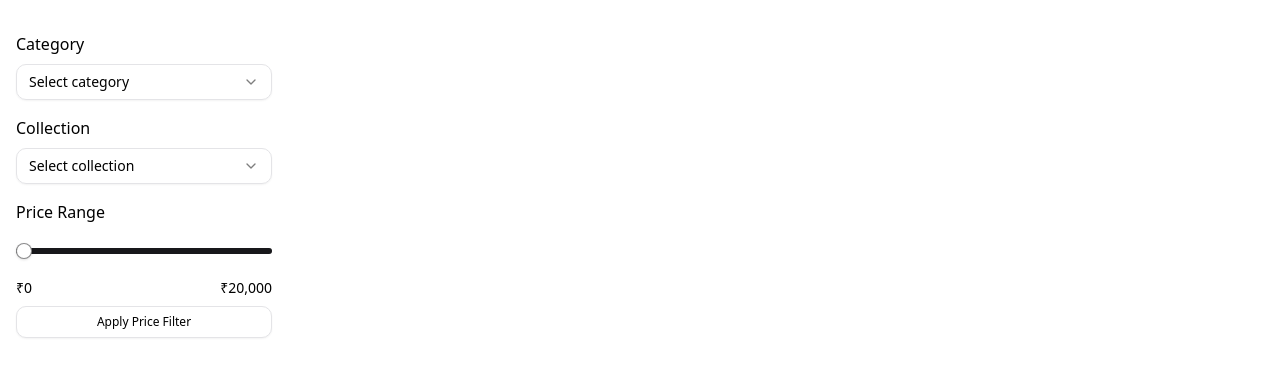
Repository: anasmubashar/Chic-Store
Page: /products (app in client/)
These files come from the project's save history. The page is drawn as it stood at one moment and after a run of saves; the edit follows.
The browser window is 1280 px wide. The pictures show the whole page.
The page's requests for data from a server got no answer. The project was rebuilt for these pictures with package versions that can differ from the ones it lists, and the page was loaded fresh each time. No one was signed in, and anything a server would have sent is missing. Also part of the build but not shown: client/vite.config.js, client/src/pages/Auth.jsx, client/src/layout/Footer.tsx, client/src/components/Customer/Home/Hero.tsx, client/src/components/ui/card.tsx, client/src/components/Customer/Home/BestSellers.tsx, client/src/components/ui/aspect-ratio.tsx, client/src/components/Customer/Home/Collection.tsx and 8 more. Imported but missing from the stored project, and not drawn on this page: client/src/components/ui/input.

Above is the page before, as saved 2024-12-04 03:15:16.

After the next 2 saves:
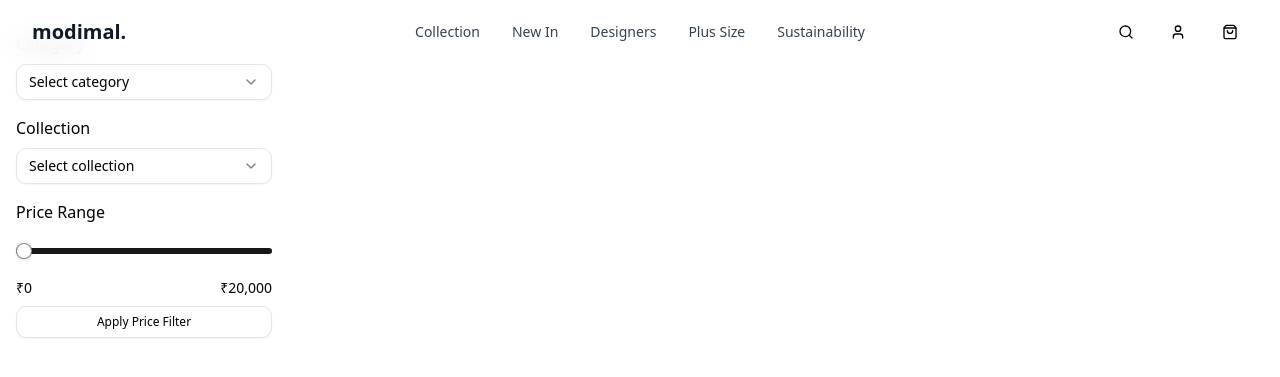
The 2 saves are shown as one change because 1 did not build or start.
The last was saved 7 min 7 s later.
--- a/client/src/pages/customer/ProductsPage.tsx
+++ b/client/src/pages/customer/ProductsPage.tsx
@@ -1,6 +1,7 @@
 import { ProductFilters } from "@/components/Customer/Products/ProductFilters";
 import { ProductGrid } from "@/components/Customer/Products/ProductGrid";
 import { getProducts } from "@/lib/api";
+import { Header } from "@/layout/Header";
 import { Product } from "@/types/product";
 import { useEffect, useState } from "react";
 
@@ -25,26 +26,29 @@ export default function ProductsPage() {
   }, []);
 
   return (
-    <div className="container mx-auto px-4 py-8">
-      <div className="flex gap-8">
-        <aside className="w-64 shrink-0">
-          <ProductFilters onFilterChange={fetchProducts} />
-        </aside>
-        <main className="flex-1">
-          {loading ? (
-            <div className="grid grid-cols-1 gap-6 sm:grid-cols-2 lg:grid-cols-3 xl:grid-cols-4">
-              {[...Array(8)].map((_, i) => (
-                <div
-                  key={i}
-                  className="aspect-[3/4] animate-pulse rounded-lg bg-muted"
-                />
-              ))}
-            </div>
-          ) : (
-            <ProductGrid products={products} />
-          )}
-        </main>
+    <>
+      <Header />
+      <div className="container mx-auto px-4 py-8">
+        <div className="flex gap-8">
+          <aside className="w-64 shrink-0">
+            <ProductFilters onFilterChange={fetchProducts} />
+          </aside>
+          <main className="flex-1">
+            {loading ? (
+              <div className="grid grid-cols-1 gap-6 sm:grid-cols-2 lg:grid-cols-3 xl:grid-cols-4">
+                {[...Array(8)].map((_, i) => (
+                  <div
+                    key={i}
+                    className="aspect-[3/4] animate-pulse rounded-lg bg-muted"
+                  />
+                ))}
+              </div>
+            ) : (
+              <ProductGrid products={products} />
+            )}
+          </main>
+        </div>
       </div>
-    </div>
+    </>
   );
 }
